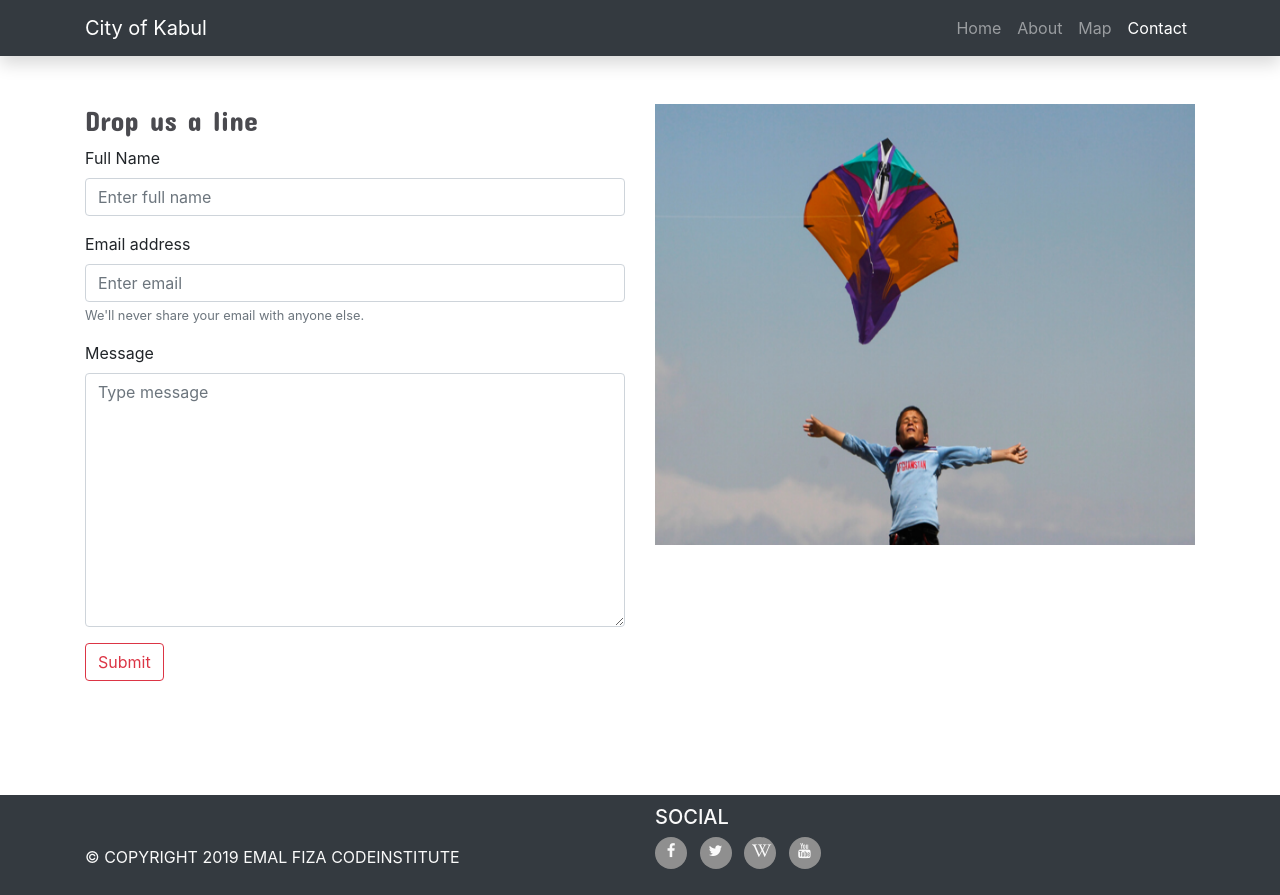
Repository: emalfiza/project-kabul
Page: contact.html
The author's editor kept a record of every edit. The page is drawn from the files as they stood at one moment, then again after the next edit.
The browser window is 1280 px wide. The pictures show the whole page.
Some web fonts or font styles are not loaded; a fallback is used. Some web libraries are served in a nearby version.

Above is the page before.

### contact.html
<!DOCTYPE html>
<html lang="en">

<head>
  <meta charset="UTF-8">
  <meta name="viewport" content="width=device-width, initial-scale=1.0">
  <meta http-equiv="X-UA-Compatible" content="ie=edge">
  <link rel="stylesheet" href="https://stackpath.bootstrapcdn.com/bootstrap/4.3.1/css/bootstrap.min.css" type="text/css" />
  <link rel="stylesheet" href="https://stackpath.bootstrapcdn.com/font-awesome/4.7.0/css/font-awesome.min.css" type="text/css" />
  <link rel="stylesheet" href="assets/css/style.css" type="text/css" />
  <title>City of Kabul</title>
</head>

<body>
  <header>

    <!--Navbar for the contact page of city of kabul. It's a Bootstrap navbar-->

    <nav class="navbar navbar-expand-lg navbar-dark bg-dark static-top mb-5 shadow">
      <div class="container">
        <a class="navbar-brand" href="index.html">City of Kabul</a>
        <button class="navbar-toggler" type="button" data-toggle="collapse" data-target="#navbarResponsive" aria-controls="navbarResponsive" aria-expanded="false" aria-label="Toggle navigation">
          <span class="navbar-toggler-icon"></span>
        </button>
        <div class="collapse navbar-collapse" id="navbarResponsive">
          <ul class="navbar-nav ml-auto">
            <li class="nav-item">
              <a class="nav-link" href="index.html">Home</a>
            </li>
            <li class="nav-item">
              <a class="nav-link" href="about.html">About</a>
            </li>
            <li class="nav-item">
              <a class="nav-link" href="map.html">Map</a>
            </li>
            <li class="nav-item active">
              <a class="nav-link" href="contact.html">Contact
              <span class="sr-only">(current)</span>
              </a>
            </li>
          </ul>
        </div>
      </div>
    </nav>
  </header>

  <!--Page Content-->

  <section>
    <div class="container contact">
      <div class="row">
        <div class="col-sm-6">
          <h3 class="info">Drop us a line</h3>
          <form>
            <div class="form-group">
              <label for="fullname">Full Name</label>
              <input type="text" class="form-control" id="fullname" placeholder="Enter full name" required>
            </div>
            <div class="form-group">
              <label for="email">Email address</label>
              <input type="email" class="form-control" id="email" aria-describedby="emailHelp" placeholder="Enter email" required>
              <small id="emailHelp" class="form-text text-muted">We'll never share your email with anyone else.</small>
            </div>
            <div class="form-group">
              <label for="message">Message</label>
              <br>
              <textarea class="form-control message" id="message" name="text" placeholder="Type message" rows="10"></textarea>
            </div>
            <button type="submit" class="btn btn-outline-danger">Submit</button>
          </form>
        </div>
        <div class="col-sm-6">
          <img src="./assets/images/kb.jpg" alt="a boy with a kite" class="img-fluid">
        </div>
      </div>
    </div>
  </section>

  <!--Footer-->

  <footer class="container-fluid footer">
    <div class="container">
      <div class="row">
        <div class="col-sm-6">
          <p class="uppercase general-sub special">&copy; Copyright 2019 Emal Fiza CodeInstitute</p>
        </div>
        <div class="col-sm-6">
          <h5 class="uppercase general-sub">Social</h5>
          <ul class="list-inline social-links">
            <li class="list-inline-item">
              <a target="_blank" href="https://www.facebook.com/places/Things-to-do-in-Kabul-Afghanistan/102164239825190/">
              <i class="fa fa-facebook" aria-hidden="true"></i>
              <span class="sr-only">Facebook</span>
            </a>
            </li>
            <li class="list-inline-item">
              <a target="_blank" href="https://twitter.com/kabulnewstv">
              <i class="fa fa-twitter" aria-hidden="true"></i>
              <span class="sr-only">Twitter</span>
            </a>
            </li>
            <li class="list-inline-item">
              <a target="_blank" href="https://en.wikipedia.org/wiki/Kabul">
              <i class="fa fa-wikipedia-w" aria-hidden="true"></i>
              <span class="sr-only">Wikipedia</span>
            </a>
            </li>
            <li class="list-inline-item">
              <a target="_blank" href="https://www.youtube.com/watch?v=JuWQ4T8p5m0">
              <i class="fa fa-youtube" aria-hidden="true"></i>
              <span class="sr-only">YouTube</span>
            </a>
            </li>
          </ul>
        </div>
      </div>
    </div>
  </footer>
  <script src="https://code.jquery.com/jquery-3.2.1.slim.min.js" integrity="sha384-KJ3o2DKtIkvYIK3UENzmM7KCkRr/rE9/Qpg6aAZGJwFDMVNA/GpGFF93hXpG5KkN" crossorigin="anonymous"></script>
  <script src="https://cdnjs.cloudflare.com/ajax/libs/popper.js/1.12.9/umd/popper.min.js" integrity="sha384-ApNbgh9B+Y1QKtv3Rn7W3mgPxhU9K/ScQsAP7hUibX39j7fakFPskvXusvfa0b4Q" crossorigin="anonymous"></script>
  <script src="https://maxcdn.bootstrapcdn.com/bootstrap/4.0.0/js/bootstrap.min.js" integrity="sha384-JZR6Spejh4U02d8jOt6vLEHfe/JQGiRRSQQxSfFWpi1MquVdAyjUar5+76PVCmYl" crossorigin="anonymous"></script>
</body>

</html>

### assets/css/style.css
@import url('https://fonts.googleapis.com/css?family=Concert+One|Grenze&display=swap:100,200,300,400,500,600,700,800|Grenze:100,200,300,400,500,600,700,800');

html {
  height: 100%;
}

body {
  position: relative;
  margin: 0;
  padding-bottom: 12rem;
  min-height: 100%;
}

/* --
,------.                  ,--.    ,------.,--.
|  .---',--,--,--. ,--,--.|  |    |  .---'`--',-----. ,--,--.
|  `--, |        |' ,-.  ||  |    |  `--, ,--.`-.  / ' ,-.  |
|  `---.|  |  |  |\ '-'  ||  |    |  |`   |  | /  `-.\ '-'  |
`------'`--`--`--' `--`--'`--'    `--'    `--'`-----' `--`--'


The bellow body css imported from the startbootstrap.com
for the full background image of the landing page---------------*/

#body {
  background: url("../images/kabul.jpg") no-repeat center center fixed;
  background-size: cover;
  -webkit-background-size: cover;
  -moz-background-size: cover;
  -o-background-size: cover;
}


.img-fluid {
  margin-bottom: 18px;
}

/* --Navbar-----------------------------------------------------*/

.navbar-brand {
  color: #fafafa;
}

/* --Heading-----------------------------------------------------*/

.context {
  margin-top: 14%;
}

.context h1 {
  font-family: "Concert One", sans-serif;
  font-weight: bolder;
  text-align: center;
  letter-spacing: 2px;
  text-transform: uppercase;
  font-size: 48px;
  color: #fafafa;
  margin-bottom: 10px;
}

.context p {
  font-family: "Grenze", sans-serif;
  font-size: 22px;
  color: #fafafa;
  text-align: center;
}

.quote h3 {
  font-family: "Concert One", sans-serif;
  text-align: center;
  letter-spacing: 1px;
  text-transform: uppercase;
  color: #fafafa;
  margin-top: 62px;
  margin-bottom: 10px;
}

.quote p {
  font-family: "Grenze", sans-serif;
  font-size: 22px;
  color: #fafafa;
  text-align: center;
}

.section-heading {
  font-family: "Concert One", sans-serif;
  text-align: center;
}

.card {
  background-color: rgba(0, 0, 0, 0.3);
}

/* --Horizontal line under the heading--------------------------*/

hr {
  width: 20%;
  display: block;
  margin-top: 0.5em;
  margin-bottom: 0.5em;
  margin-left: auto;
  margin-right: auto;
  border-style: double;
  border-width: 1px;
  border-radius: 2px;
  height: 2px;
  color: #fafafa;
  background-color: #fafafa;
}

/* --Main content-----------------------------------------------*/

.section-paragraph {
  font-family: "Grenze", sans-serif;
  margin: 0 0 18px 0;
  text-align: justify;
  font-weight: 400;
  font-size: 22px;
  color: #4a4a4f;
}

.list-group {
  margin-bottom: 18px;
  padding: 0;
  font-family: "Concert One", sans-serif;
  font-weight: 600;
  color: #212529;
}

.info {
  font-family: "Concert One", sans-serif;
  color: #4a4a4f;
}

.contact {
  margin-top: 32px;
}

.message {
  width: 100%;
  height: 200px;
  border: 1px solid #ced4da;
  padding: .375rem .75rem;
  color: #495057;
  border-radius: .25rem;
}

.btn {
  margin-bottom: 22px;
}

/* --Map for the map page---------------------------------------*/

.map {
  margin: 0;
  padding: 0;
  height: 100vh;
}


#map {
  padding-bottom: 6rem;
}


/* --Form for the contact page----------------------------------*/

.form-control:focus {
  border-color: #DC3545;
  box-shadow: 0 0 0 0.2rem rgba(220,53,69,.25);
}

/* --Footer-----------------------------------------------------*/

footer {
  background-color: #343a40!important;
  color: #fafafa;
  min-height: 100px;
}

.footer {
  position: absolute;
  left: 0;
  bottom: 0;
  width: 100%;
}

.uppercase {
  text-transform: uppercase;
}

/* --The font-family for the general-sub I copied from the bootsratp navbar "DevTool" of my home page
because I wanted my footer font family to match my navbar--*/

.general-sub {
  font-family: -apple-system, BlinkMacSystemFont, "Segoe UI", Roboto, "Helvetica Neue",
  Arial, "Noto Sans", sans-serif, "Apple Color Emoji", "Segoe UI Emoji", "Segoe UI Symbol", "Noto Color Emoji";
  margin-top: 10px;
}

.special {
  margin-left: 0px;
  margin-top: 50px;
}

.social-links {
  padding: 0;
}

.social-links li a i {
  position: relative;
  width: 32px;
  height: 32px;
  padding: 8px;
  border-radius: 50%;
  font-size: 15px;
  line-height: 12px;
  text-align: center;
  color: #fafafa;
  background-color: #8f8f8f;
  transition: all 0.40s ease-in-out;
  -moz-transition: all 0.40s ease-in-out;
  -webkit-transition: all 0.40s ease-in-out;
  -o-transition: all 0.40s ease-in-out;
}

.social-links li a i:hover {
  background-color: #252525;
}

After the next edit:
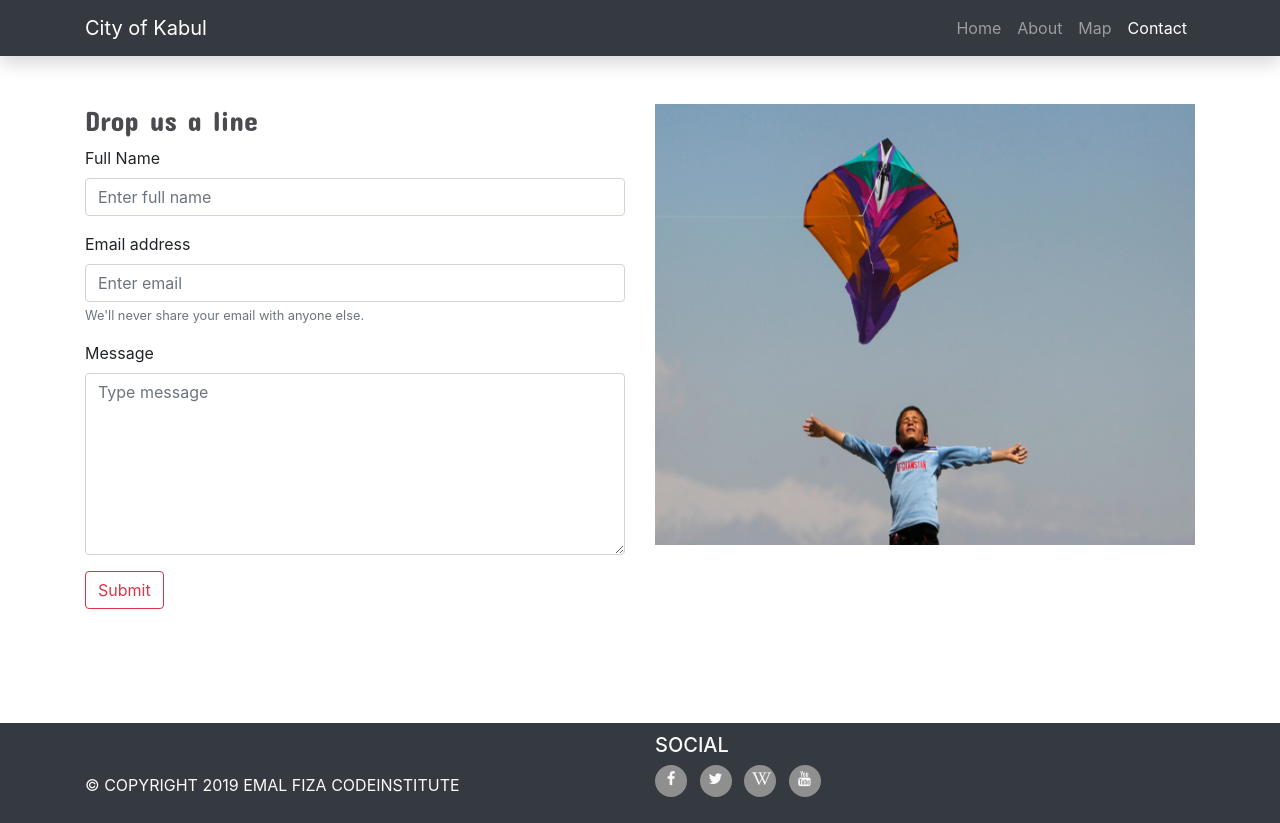
The edit:
--- a/contact.html
+++ b/contact.html
@@ -64,7 +64,7 @@
             <div class="form-group">
               <label for="message">Message</label>
               <br>
-              <textarea class="form-control message" id="message" name="text" placeholder="Type message" rows="10"></textarea>
+              <textarea class="form-control message" id="message" name="text" placeholder="Type message" rows="7"></textarea>
             </div>
             <button type="submit" class="btn btn-outline-danger">Submit</button>
           </form>
